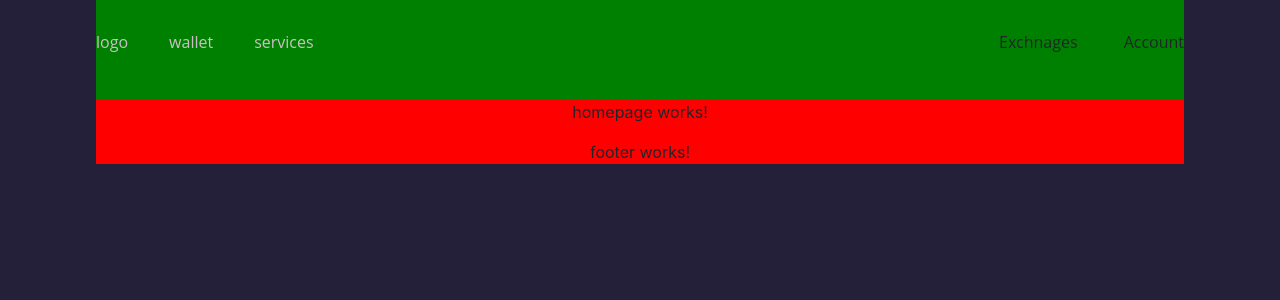
Repository: YuriyBen/Corzbank
Page: / (app in Corzbank.Web/ClientApp/)
The author's editor kept a copy of each file at every save. The page is drawn from the files as they stood at one save, then again after the next save.
The browser window is 1280 px wide. The pictures show the whole page.
The project was rebuilt for these pictures with package versions that can differ from the ones it lists, and the page was loaded fresh each time. Also part of the build but not shown: Corzbank.Web/ClientApp/angular.json.

Above is the page before, as saved 2022-05-19 18:55:23.

After the next save:
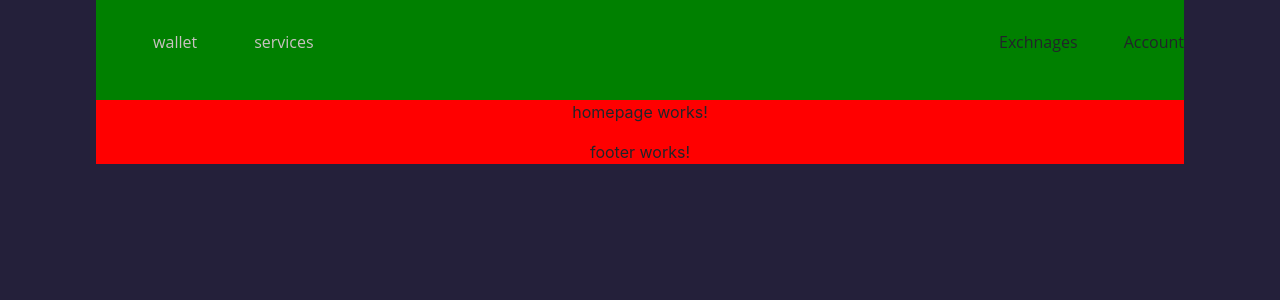
Saved 15 min 9 s later.
--- a/Corzbank.Web/ClientApp/src/app/header/header.component.html
+++ b/Corzbank.Web/ClientApp/src/app/header/header.component.html
@@ -1,7 +1,7 @@
 <div class="header">
     <div class="left-block">
         <div class="logo">
-            <p>logo</p>
+            <img src="" alt="">
         </div>
         <p>wallet</p>
         <p>services</p>
